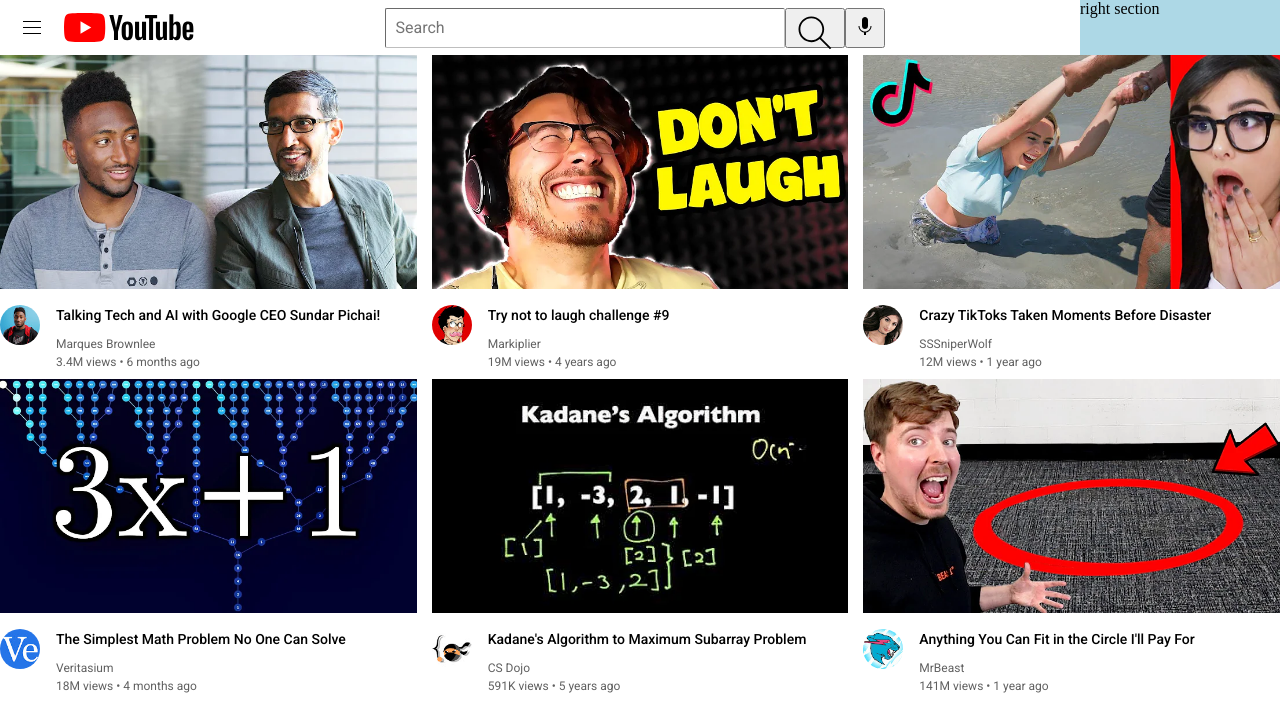
Repository: idahcarts-ux/html-css
Page: youtube.html
The author's editor kept a copy of each file at every save. The page is drawn from the files as they stood at one save, then again after a run of saves.
The browser window is 1280 px wide. The pictures show the whole page.

Above is the page before, as saved 2025-11-19 17:18:06.

### youtube.html
<!DOCTYPE html>
<html>
<head>
  <title>YouTube.com Clone</title>

  <link rel="preconnect" href="https://fonts.googleapis.com">
  <link rel="preconnect" href="https://fonts.gstatic.com" crossorigin>
  <link href="https://fonts.googleapis.com/css2?family=Roboto:wght@100;300;400;500;700;900&display=swap" rel="stylesheet">

<link rel="stylesheet" href="styles/general.css">
<link rel="stylesheet" href="styles/video.css">
<link rel="stylesheet" href="styles/header.css">


</head>
<body>
  <div class="header">
    <div class="left-section">
     <img class="hamburger-menu" src="icons/hamburger-menu.svg">
     <img class="youtube-logo" src="icons/youtube-logo.svg">
    </div>
    <div class="middle-section">
      <input class="search-bar" type="text" placeholder="Search">
    <button class="search-button">
      <img src="icons/search.svg">
    </button>
    <button class="voice-search-button">
      <img src="icons/voice-search-icon.svg">
    </button>
    </div>
    <div class="right-section">
      right section
    </div>

  </div>



  <!-- MAIN GRID START -->
  <div class="video-grid">

    <!-- 1 -->
    <div class="video-preview">
      <img class="thumbnails" src="thumbnails/thumbnail-1.webp">
      <div class="video-info-grid">
        <div class="channel-pictures">
          <img class="profile-picture" src="chanel-pictures/channel-1.jpeg">
        </div>
        <div class="video-info">
          <p class="video-title">
            Talking Tech and AI with Google CEO Sundar Pichai!
          </p>
          <p class="video-author">Marques Brownlee</p>
          <p class="video-stats">3.4M views • 6 months ago</p>
        </div>
      </div>
    </div>

    <!-- 2 -->
    <div class="video-preview">
      <img class="thumbnails" src="thumbnails/thumbnail-2.webp">
      <div class="video-info-grid">
        <div class="channel-pictures">
          <img class="profile-picture" src="chanel-pictures/channel-2.jpeg">
        </div>
        <div class="video-info">
          <p class="video-title">Try not to laugh challenge #9</p>
          <p class="video-author">Markiplier</p>
          <p class="video-stats">19M views • 4 years ago</p>
        </div>
      </div>
    </div>

    <!-- 3 -->
    <div class="video-preview">
      <img class="thumbnails" src="thumbnails/thumbnail-3.webp">
      <div class="video-info-grid">
        <div class="channel-pictures">
          <img class="profile-picture" src="chanel-pictures/channel-3.jpeg">
        </div>
        <div class="video-info">
          <p class="video-title">Crazy TikToks Taken Moments Before Disaster</p>
          <p class="video-author">SSSniperWolf</p>
          <p class="video-stats">12M views • 1 year ago</p>
        </div>
      </div>
    </div>

    <!-- 4 -->
    <div class="video-preview">
      <img class="thumbnails" src="thumbnails/thumbnail-4.webp">
      <div class="video-info-grid">
        <div class="channel-pictures">
          <img class="profile-picture" src="chanel-pictures/channel-4.jpeg">
        </div>
        <div class="video-info">
          <p class="video-title">The Simplest Math Problem No One Can Solve</p>
          <p class="video-author">Veritasium</p>
          <p class="video-stats">18M views • 4 months ago</p>
        </div>
      </div>
    </div>

    <!-- 5 -->
    <div class="video-preview">
      <img class="thumbnails" src="thumbnails/thumbnail-5.webp">
      <div class="video-info-grid">
        <div class="channel-pictures">
          <img class="profile-picture" src="chanel-pictures/channel-5.jpeg">
        </div>
        <div class="video-info">
          <p class="video-title">
            Kadane's Algorithm to Maximum Subarray Problem
          </p>
          <p class="video-author">CS Dojo</p>
          <p class="video-stats">591K views • 5 years ago</p>
        </div>
      </div>
    </div>

    <!-- 6 -->
    <div class="video-preview">
      <img class="thumbnails" src="thumbnails/thumbnail-6.webp">
      <div class="video-info-grid">
        <div class="channel-pictures">
          <img class="profile-picture" src="chanel-pictures/channel-6.jpeg">
        </div>
        <div class="video-info">
          <p class="video-title">
            Anything You Can Fit in the Circle I'll Pay For
          </p>
          <p class="video-author">MrBeast</p>
          <p class="video-stats">141M views • 1 year ago</p>
        </div>
      </div>
    </div>

  </div>
  <!-- MAIN GRID END -->



</body>
</html>

### styles/general.css
 p {
    font-family: Roboto, Arial;
    margin-top: 0;
    margin-bottom: 0;
  }

  body {
    margin: 0;
  }

### styles/video.css



  .thumbnails {
    width: 100%;
  }



  .video-title {
    font-size: 14px;
    font-weight: 500;
    line-height: 20px;
    margin-bottom: 12px;
  }

  .video-info-grid {
    display: flex;
    margin-top: 12px;
  }

  /* FIX: Ensure the profile picture container is just large enough for the picture */
  .channel-pictures {
    width: 48px; /* Slightly larger than the picture for padding/margin */
    flex-shrink: 0;
    margin-right: 8px; /* Added some spacing to separate picture from text */
  }

  /* FIX: Ensure the profile picture fills its container and maintain aspect ratio */
  .profile-picture {
    width: 40px; /* Kept your desired size */
    height: 40px; /* Added explicit height to force a square container */
    object-fit: cover; /* Ensures image covers the area without distortion */
    border-radius: 50%;
  }

  /* FIX: Removed fixed width which was unnecessary and potentially restrictive */
  .video-info {
    /* width: 200px; <--- Removed this line */
    flex: 1; /* Allow it to take up the remaining space */
  }

  .video-author {
    font-size: 12px;
    color: rgb(96, 96, 96);
    margin-bottom: 4px;
  }

  .video-stats {
    font-size: 12px;
    color: rgb(96, 96, 96);
  }

  .video-grid {
    display: grid;
    grid-template-columns: 1fr 1fr 1fr;
    column-gap: 15px;
    row-gap: 10px;
  }

### styles/header.css


  .header {
    height:55px;
    display:flex;
    flex-direction: row;
    justify-content: space-between;
  }

  .left-section {
  display: flex;
   align-items: center;


  }
    .youtube-logo {
    width: 12vw;        /* Scales with viewport width */
    min-width: 80px;    /* Don't get too small */
    max-width: 130px;   /* Don't grow too large */
    height: auto;       /* Keep aspect ratio */
    transition: width 0.25s ease;
}


  .hamburger-menu {
    height: 24px;
    margin-left: 20px;
    margin-right: 20px;
  }
  .middle-section {
    flex:1;
    margin-left: 30px;
    margin-right: 35px;
    max-width:500px;
    display: flex;
    align-items:center;
  }
  .search-bar {
    flex:1;
    height:36px;
    padding-left:10px;
    font-size: 16px;
    border-width: 1px;
    border-color: rgb(190, 190,190);
    border-radius: 2px;
    box-shadow: inset;
  }
  .search-bar::placeholder {
    font-family: Roboto, Arial;
    fon-size:15px;
  }
  .search-button {
    height:40px;
    width:60px;
  }
  .voice-search-button {
    height:40px;
    width:40px;
  }
  .right-section {
    background-color: lightblue;
    width:200px;
  }

After the next 5 saves:
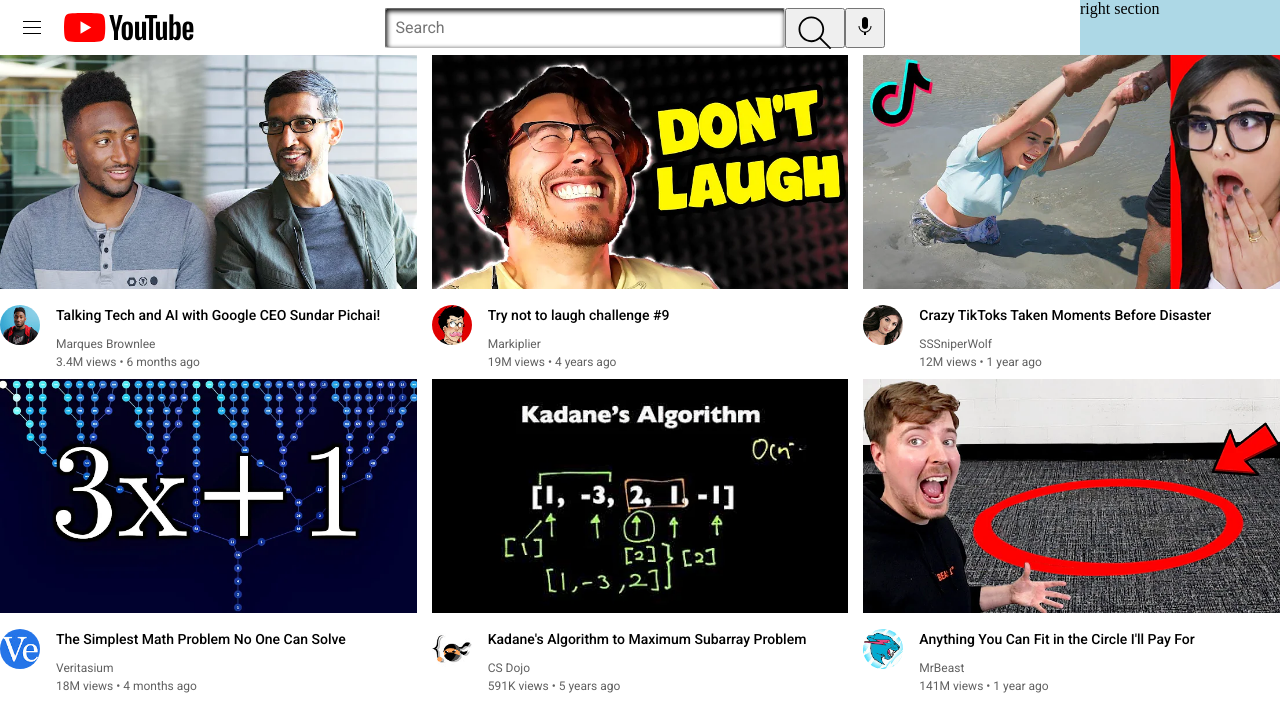
The 5 saves are shown as one change because they came seconds apart.
The last was saved 18 s later.
--- a/styles/header.css
+++ b/styles/header.css
@@ -43,7 +43,7 @@
     border-width: 1px;
     border-color: rgb(190, 190,190);
     border-radius: 2px;
-    box-shadow: inset;
+    box-shadow: inset 1px 2px 5px;
   }
   .search-bar::placeholder {
     font-family: Roboto, Arial;

After the save that followed:
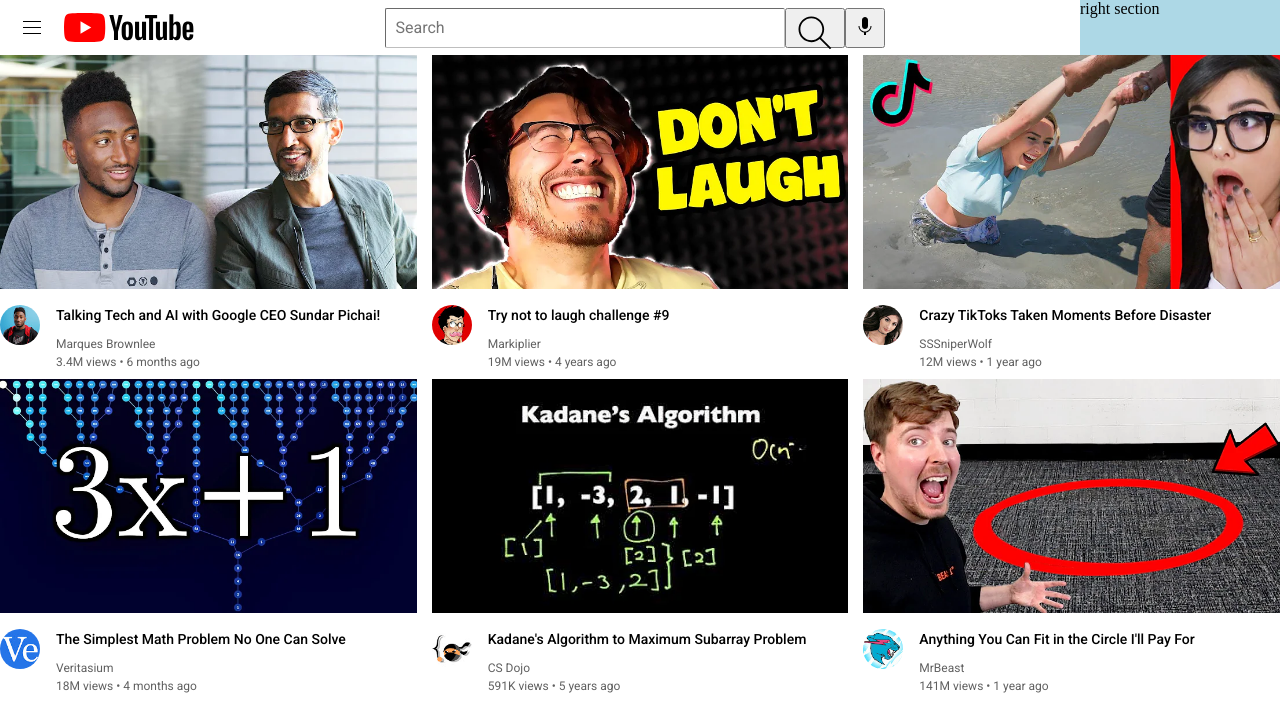
Saved 10 s later.
--- a/styles/header.css
+++ b/styles/header.css
@@ -43,7 +43,7 @@
     border-width: 1px;
     border-color: rgb(190, 190,190);
     border-radius: 2px;
-    box-shadow: inset 1px 2px 5px;
+    box-shadow: inset 1px 2px 5px rgba;
   }
   .search-bar::placeholder {
     font-family: Roboto, Arial;
